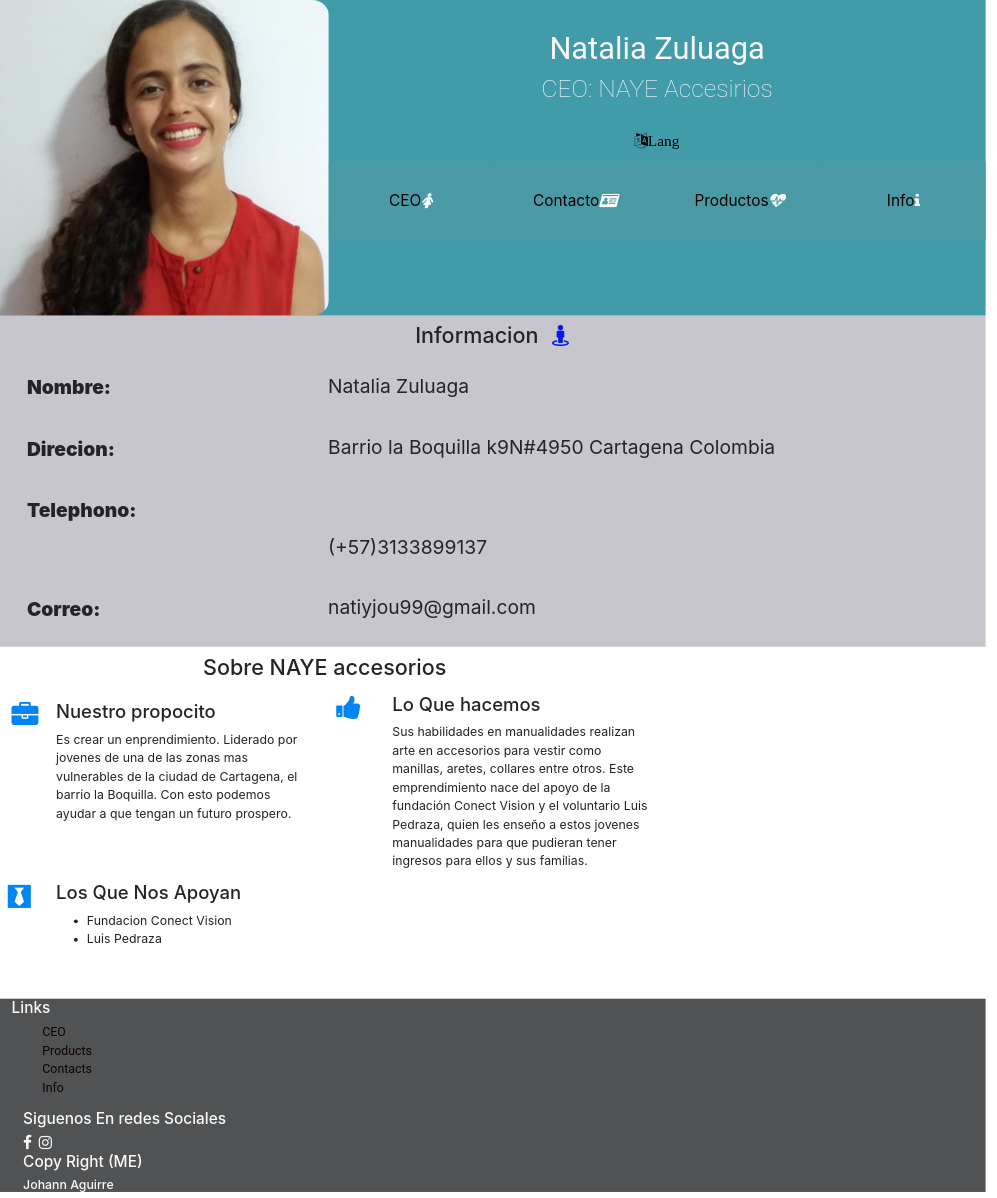
Repository: cachimiro/1-mile-stone-project
Page: index.html
The author's editor kept a record of every edit. The page is drawn from the files as they stood at one moment, then again after the next edit.
The browser window is 1280 px wide. The page is 1295 px wide, so the pictures cover 1295 px, including what lies to the right of the window. The pictures show the whole page, at 77% of full size.
Some web libraries are served in a nearby version.

Above is the page before.

After the next edit:
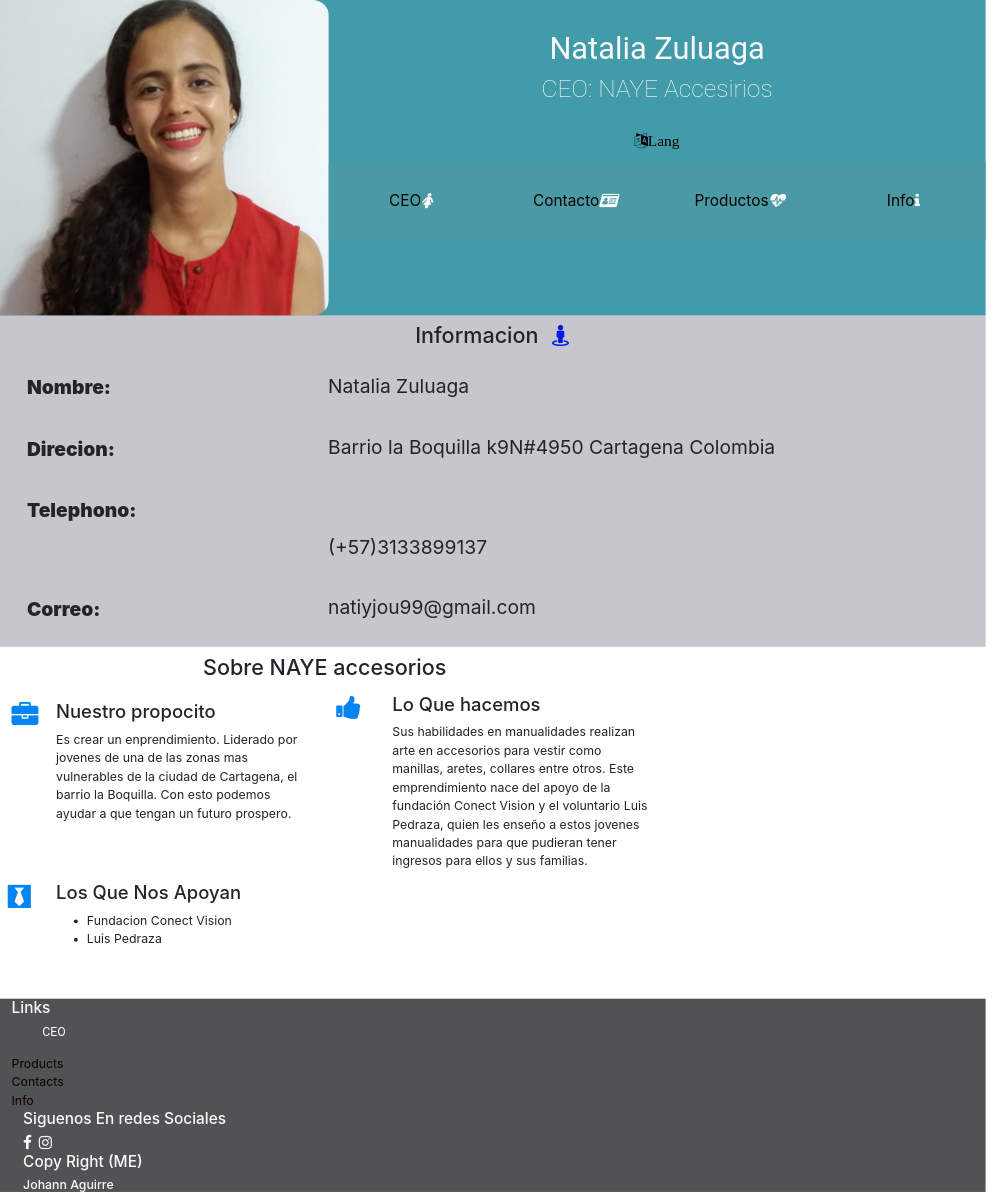
The edit:
--- a/index.html
+++ b/index.html
@@ -194,7 +194,7 @@
                 <div class="inline-block">
                     <ul class="links-footer">
                         <a href="#">
-                            <div>
+                            <li>
                                 CEO
                             </div>
                         </a>
